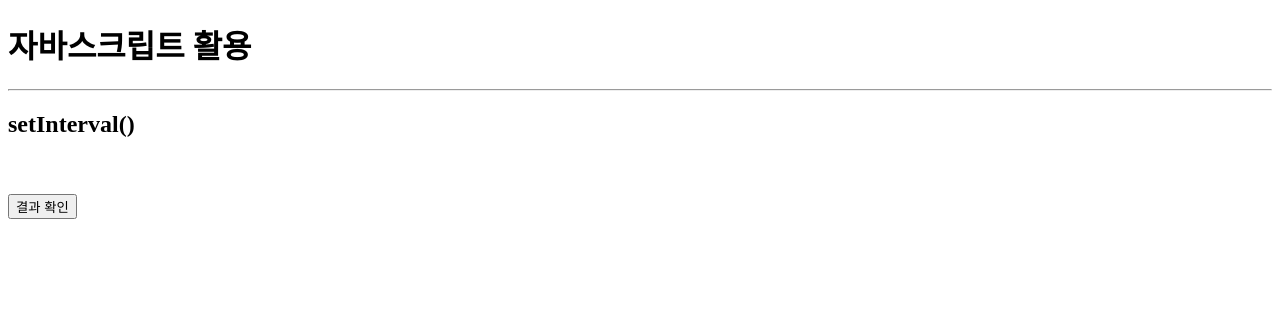
Repository: god5228god/Jsp
Page: WebApp03/WebContent/Test036.html
An editor plug-in stored every save of this project. The page is shown before and after the next save, followed by the edit.
The browser window is 1280 px wide. The pictures show the whole page.
After loading, the first visible `input.btn` was clicked once.

Above is the page before, as saved 2026-02-26 01:09:47.

### WebApp03/WebContent/Test036.html
<!DOCTYPE html>
<html>
<head>
<meta charset="UTF-8">
<title>Test036.html</title>
<script type="text/javascript">

	function actionClock(){

		let clock = document.getElementById("clock");

		// ※ 정해진 시간 간격을 두고 동작
		//	→ 『setInterval(동작, 밀리초)』
		setInterval(function(){
			let now = new Date();	// 자바스크립트 날짜 시간 객체
		},1000);


	}
</script>
</head>
<body>
<div>
	<h1>자바스크립트 활용</h1>
	<hr>
</div>
<div>
	<h2>setInterval()</h2>
	<br><br>

	<input type="button" value="결과 확인" class="btn" onclick="actionClock()"/>
	<br><br>

	<h1 id="clock"></h1>
</div>
</body>
</html>

After the next save:
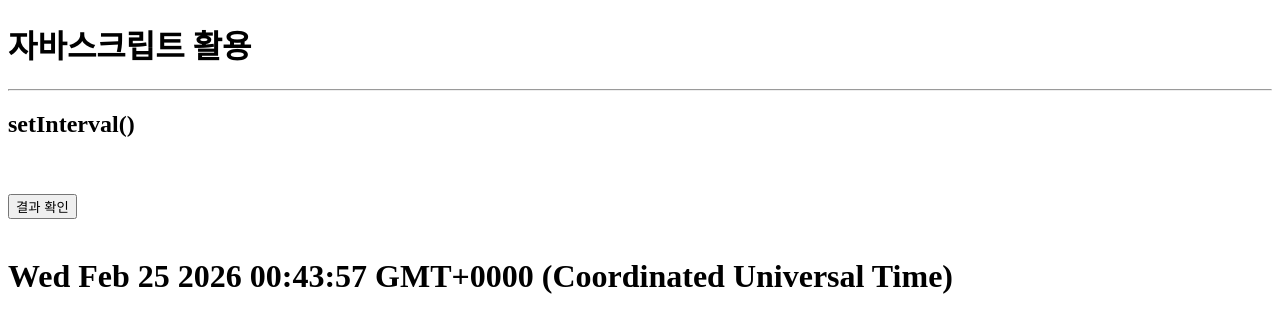
Saved 21 s later.
--- a/WebApp03/WebContent/Test036.html
+++ b/WebApp03/WebContent/Test036.html
@@ -13,6 +13,7 @@
 		//	→ 『setInterval(동작, 밀리초)』
 		setInterval(function(){
 			let now = new Date();	// 자바스크립트 날짜 시간 객체
+			clock.innerHTML = now.toString();
 		},1000);
 
 
